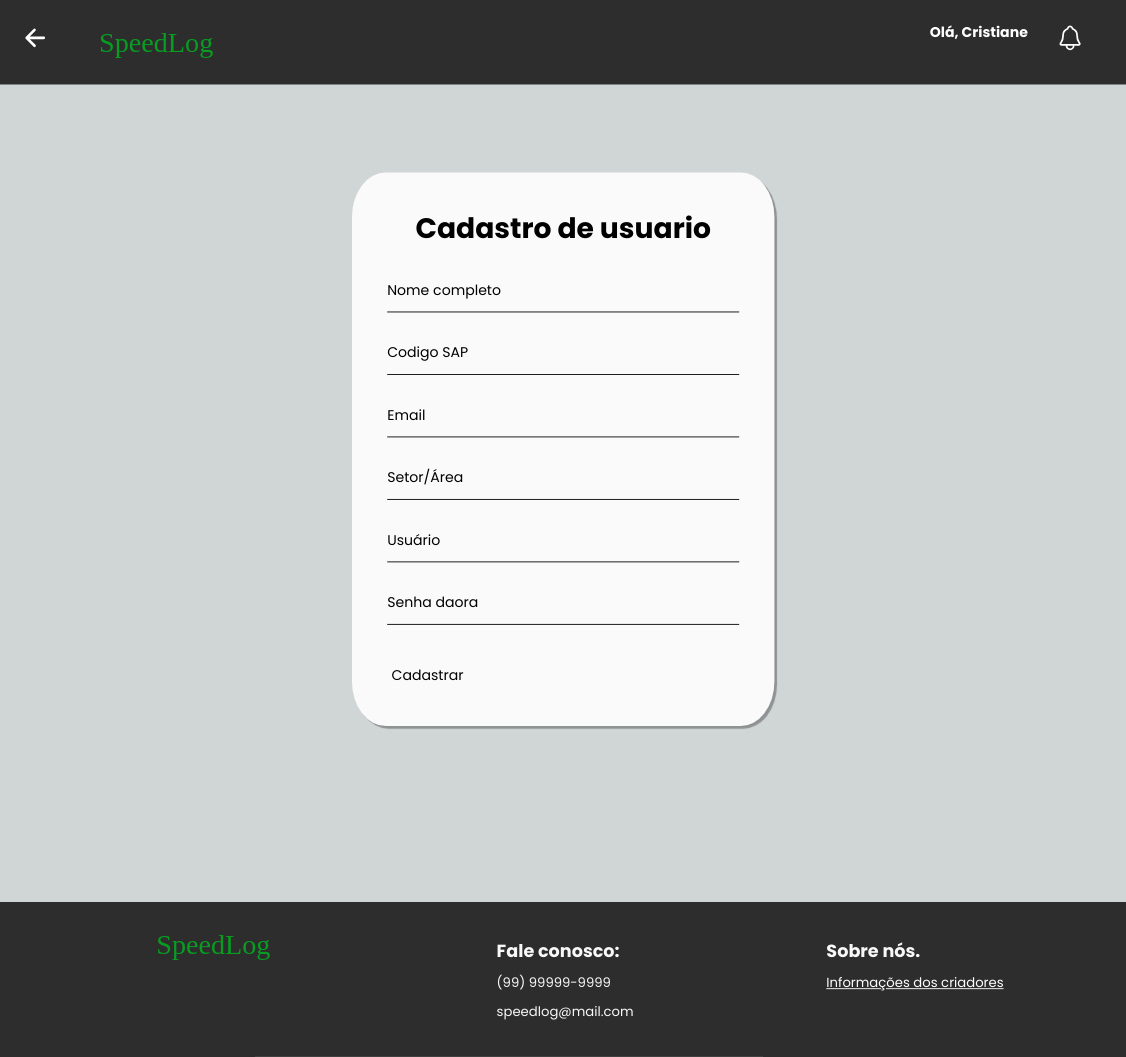
Repository: crisholiveira/speedlog
Page: http://localhost/cadastroDeUsuario/
The author's editor kept a copy of each file at every save. The page is drawn from the files as they stood at one save, then again after the next save.
The browser window is 1280 px wide. The pictures show the whole page, at 88% of full size.
Some web fonts or font styles are not loaded; a fallback is used. The page is served by the project's Node server (app.js).

Above is the page before, as saved 2022-01-16 21:13:28.

After the next save:
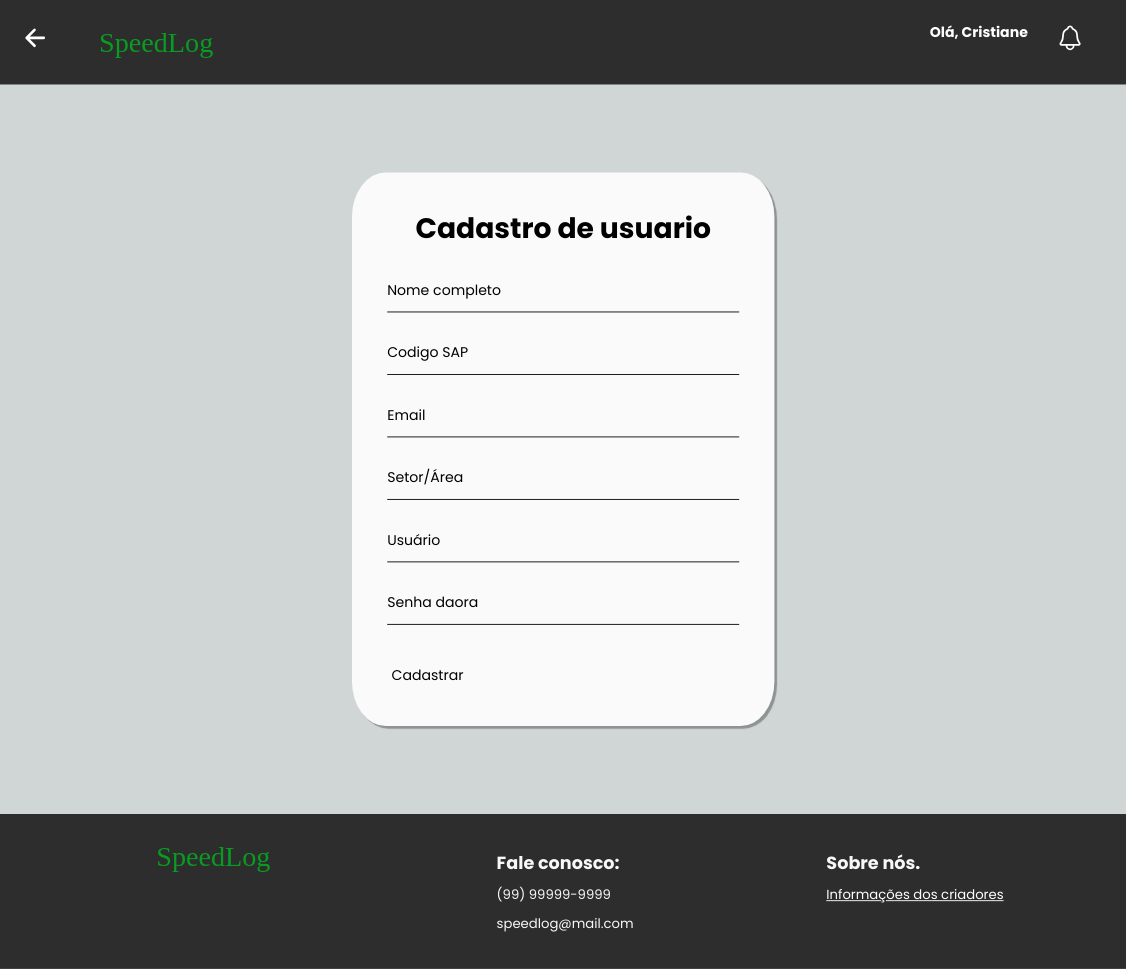
Saved 35 s later.
--- a/public/stylesheets/cadUsuario.css
+++ b/public/stylesheets/cadUsuario.css
@@ -18,7 +18,7 @@ body{
     justify-content: center;
     width: 100%;
     margin-top: 100px;
-    margin-bottom: 200px;
+    margin-bottom: 100px;
 }
 
 .card{
